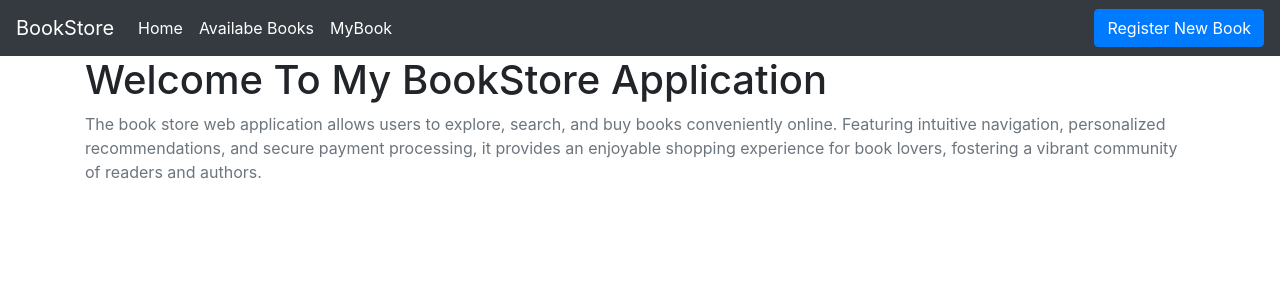
Repository: Sumanta-Sahoo/BookStoreApp
Page: bookstore/src/main/resources/static/availabeBooks.html
An editor plug-in stored every save of this project. The page is shown before and after the next save, followed by the edit.
The browser window is 1280 px wide. The pictures show the whole page.

Above is the page before, as saved 2024-03-15 07:01:26.

After the next save:
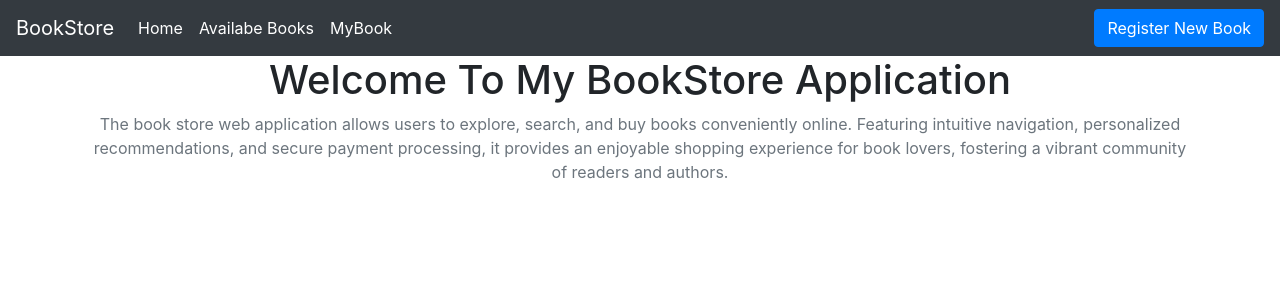
Saved 2 min 43 s later.
--- a/bookstore/src/main/resources/static/availabeBooks.html
+++ b/bookstore/src/main/resources/static/availabeBooks.html
@@ -40,7 +40,7 @@
 		</div>
 	</nav>
 
-	<div class="container text-align-center align-center">
+	<div class="container text-center align-center">
 
 		<h1>Welcome To My BookStore Application</h1>
 		<p class="text-muted">The book store web application allows users to explore, search, and buy books
